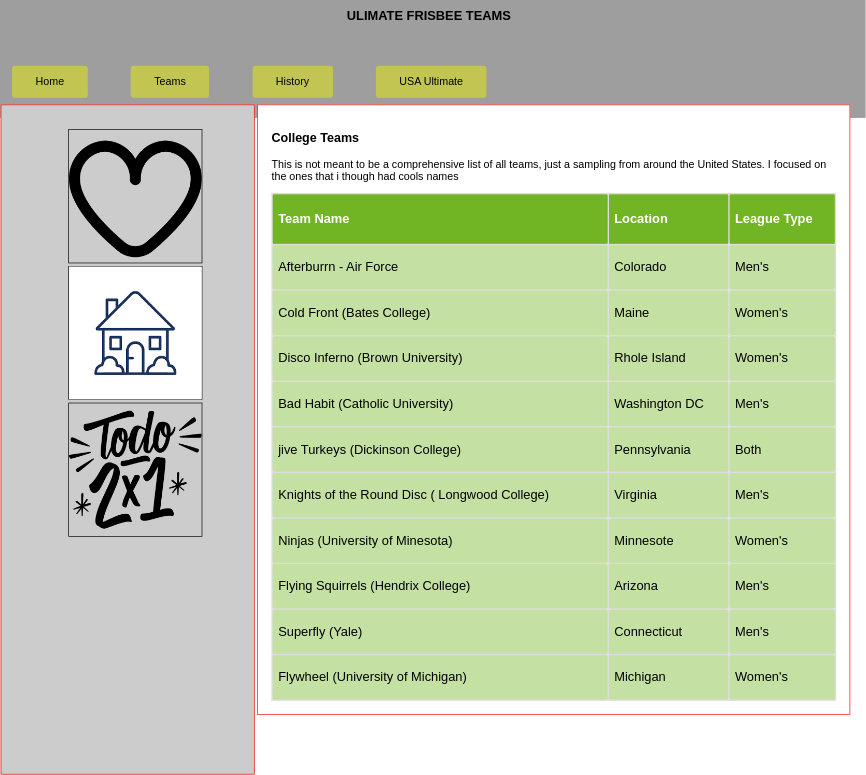
Repository: Tram-anh99/Blockchain_Funix
Page: CSS/Lab6_2.html
The author's editor kept a copy of each file at every save. The page is drawn from the files as they stood at one save, then again after the next save.
The browser window is 1280 px wide. The page is 1292 px wide, so the pictures cover 1292 px, including what lies to the right of the window. The pictures show the whole page, at 67% of full size.
Pictures or frames that could not be fetched are drawn as grey boxes.

Above is the page before, as saved 2023-07-20 00:43:18.

After the next save:
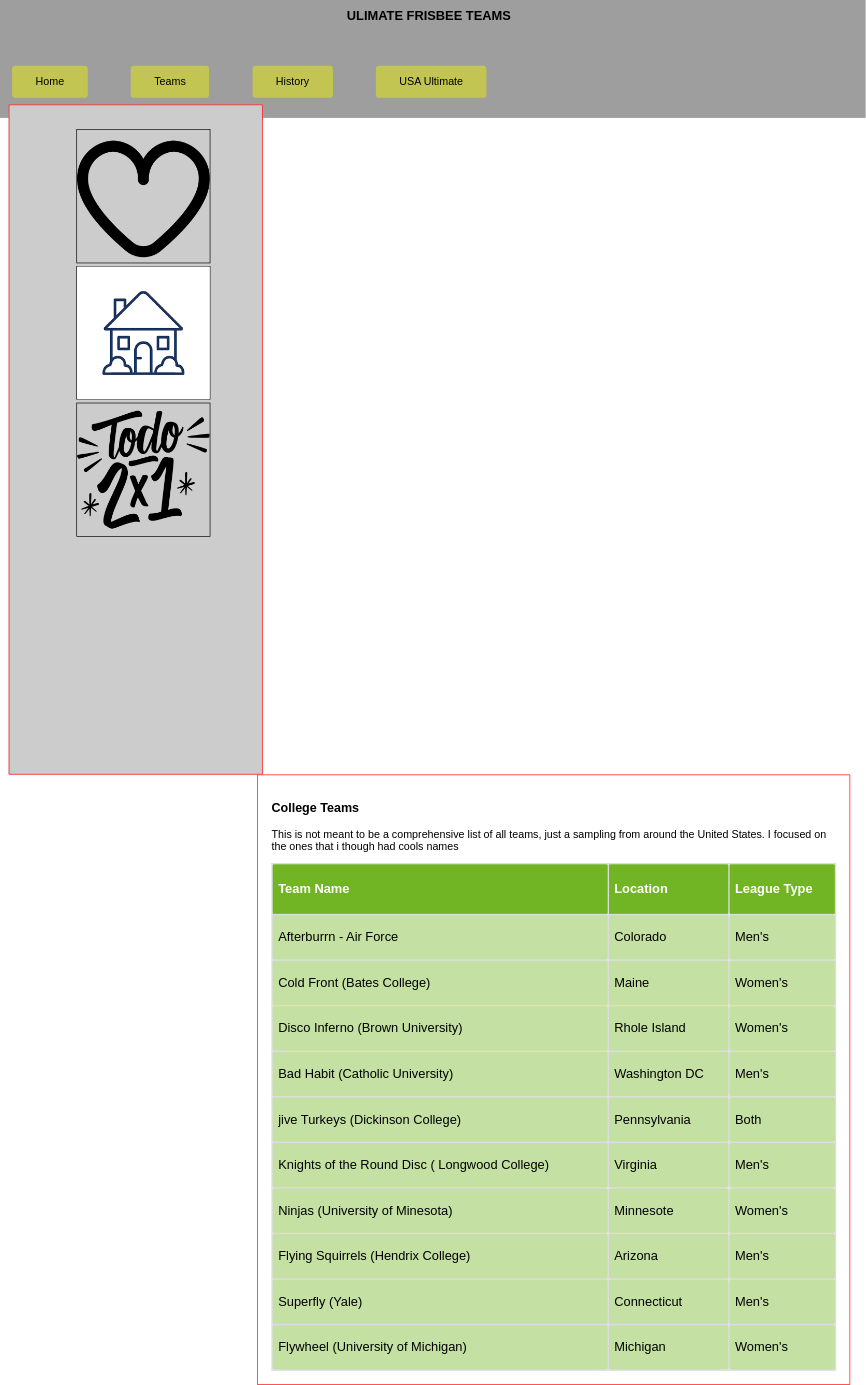
Saved 25 s later.
--- a/CSS/Lab6_2.css
+++ b/CSS/Lab6_2.css
@@ -30,7 +30,7 @@
       opacity: 5px;
 }
 nav  {
-      margin-left: -7px;
+      margin-left: 5px;
       margin-right: 4px;
       float: left;
       width: 30%;

After the save that followed:
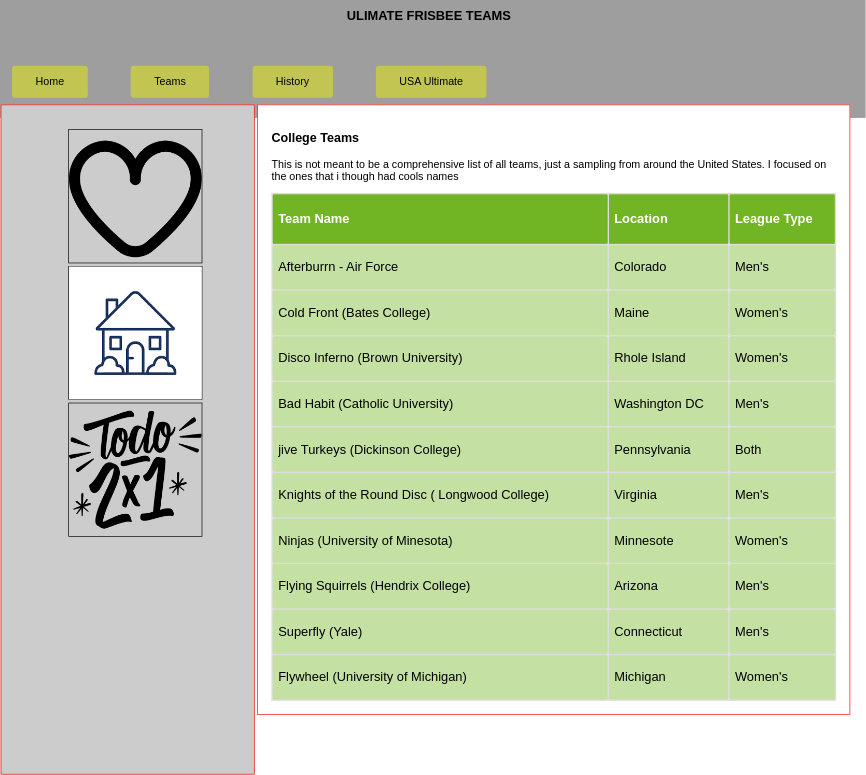
Saved 6 s later.
--- a/CSS/Lab6_2.css
+++ b/CSS/Lab6_2.css
@@ -30,7 +30,7 @@
       opacity: 5px;
 }
 nav  {
-      margin-left: 5px;
+      margin-left: -7px;
       margin-right: 4px;
       float: left;
       width: 30%;
